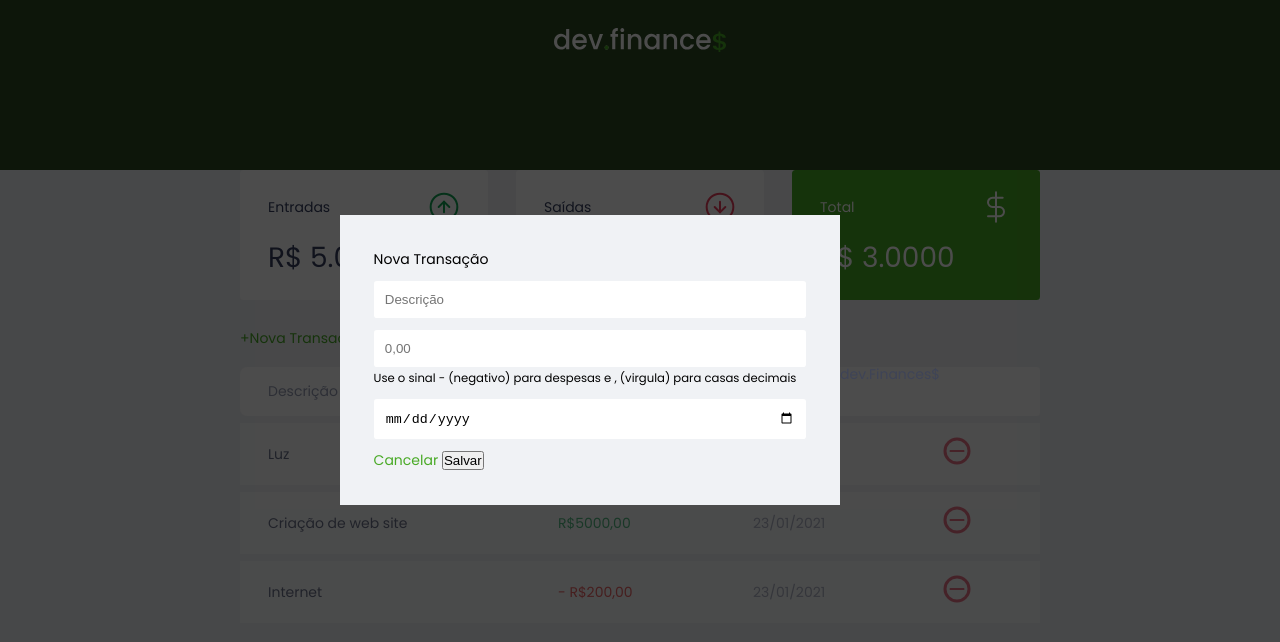
Repository: rafaelmgr12/maratona-dev01
Page: index.html
These files come from the project's save history. The page is drawn as it stood at one moment and after the next save; the edit follows.
The browser window is 1280 px wide. The pictures show the whole page.

Above is the page before, as saved 2021-04-28 13:20:35.

### index.html
<!DOCTYPE html>
<html lang="pt-br">
  <head>
    <meta charset="UTF-8" />
    <meta http-equiv="X-UA-Compatible" content="IE=edge" />
    <meta name="viewport" content="width=device-width, initial-scale=1.0" />
    <title>Rafael-app.finance$</title>
    <link rel="stylesheet" href="style.css" />
    <link rel="preconnect" href="https://fonts.gstatic.com" />
    <link
      href="https://fonts.googleapis.com/css2?family=Poppins:ital,wght@0,100;0,400;0,700;1,100;1,400;1,700&display=swap"
      rel="stylesheet"
    />
  </head>
  <body>
    <header>
      <img src="./assets/logo.svg" alt="Logo dev.Finance" />
    </header>
    <main class="container">
      <section id="balance">
        <h2 class="sr-only">Balanço</h2>

        <div class="card">
          <h3>
            <span>Entradas </span>
            <img src="./assets/income.svg" alt="Imagem de entradas" />
          </h3>
          <p>R$ 5.000,0</p>
        </div>
        <div class="card">
          <h3>
            <span>Saídas</span>
            <img src="./assets/expense.svg" alt="Image de saídas" />
          </h3>
          <p>R$ 2.000,00</p>
        </div>
        <div class="card total">
          <h3>
            <span>Total</span>
            <img src="./assets/total.svg" alt="Image de total" />
          </h3>
          <p>R$ 3.0000</p>
        </div>
      </section>
      <section id="transaction">
        <h2 class="sr-only">Transações</h2>

        <a href="#" class="button new">+Nova Transação</a>

        <table id="data-table">
          <thead>
            <tr>
              <th>Descrição</th>
              <th>Valor</th>
              <th>Data</th>
              <th></th>
            </tr>
          </thead>
          <tbody>
            <tr>
              <td class="description">Luz</td>
              <td class="expense">- R$500,00</td>
              <td class="date">23/01/2021</td>
              <td><img src="./assets/minus.svg" alt="Retirar Transação" /></td>
            </tr>
            <tr>
              <td class="description">Criação de web site</td>
              <td class="income">R$5000,00</td>
              <td class="date">23/01/2021</td>
              <td><img src="./assets/minus.svg" alt="Retirar Transação" /></td>
            </tr>
            <tr>
              <td class="description">Internet</td>
              <td class="expense">- R$200,00</td>
              <td class="date">23/01/2021</td>
              <td><img src="./assets/minus.svg" alt="Retirar Transação" /></td>
            </tr>
          </tbody>
        </table>
      </section>
    </main>
    <div class="modal-overlay active">
      <div class="modal">
        Nova Transação
        <form action="">
          <div class="input-group">
            <label class="sr-only" for="description"> Descrição </label>
            <input
              type="text"
              id="description"
              name="description"
              placeholder="Descrição"
            />
          </div>
          <div class="input-group">
            <label class="sr-only" for="amount"> Valor </label>
            <input
              type="number"
              step="0.01"
              id="amount"
              name="amount"
              placeholder="0,00"
            />
            <small class="help">
              Use o sinal - (negativo) para despesas e , (virgula) para casas
              decimais
            </small>
            <div class="input-group">
              <label class="sr-only" for="date"> Data </label>
              <input
                type="date"
                step="0.01"
                id="date"
                name="date"
              />
          </div>
          <div class="input-group actions">
            <a href="#" class="button cancel"> Cancelar</a>
            <button>Salvar</button>
          </div>
        </form>
      </div>
    </div>
    <footer>dev.Finances$</footer>
  </body>
</html>

### style.css
/* Global ======================================== */
:root {
  --dark-blue: #363f5f;
}
* {
  margin: 0;
  padding: 0;
  box-sizing: border-box;
}

html {
  font-size: 93.75%; /* 15px */
}

body {
  background: #f0f2f5;
  font-family: "Poppins", sans-serif;
}
/*Tricks para sumir elementos da tela, mantendo a funcionalidade de um screenreader*/
.sr-only {
  position: absolute;
  width: 1px;
  height: 1px;
  padding: 0;
  margin: -1px;
  overflow: hidden;
  clip: rect(0, 0, 0, 0);
  white-space: nowrap;
  border-width: 0;
}
.container {
  width: min(90vw, 800px);
  margin: auto;
}
/* Titles ======================================== */
h2 {
  margin-top: 3.2rem;
  margin-bottom: 0.8rem;
  color: var(--dark-blue);

  font-weight: normal;
}
/* Links and Buttons ======================================== */
a {
  color: #49aa26;
  text-decoration: none;
}

a:hover {
  color: #3dd705;
}

.button.new {
  display: inline-block;
  margin-bottom: 0.8rem;
}

/* Header ======================================== */
header {
  background: #2d4a22;
  padding: 2rem 0 8rem;
  text-align: center;
}

#logo {
  color: #fff;
  font-weight: 100;
}

/* Balance ======================================== */
balance {
  margin-top: -8rem;
}

balance h2 {
  color: white;
  margin-top: 0;
}

/* Cards ======================================== */

.card {
  background: white;
  padding: 1.5rem 2rem;
  border-radius: 0.25rem;

  margin-bottom: 2rem;

  color: var(--dark-blue);
}

.card h3 {
  font-weight: normal;
  font-size: 1rem;
  display: flex;
  align-items: center;
  justify-content: space-between;
}

.card p {
  font-size: 2rem;
  line-height: 3rem;

  margin-top: 1rem;
}

.card.total {
  background: #49aa26;
  color: white;
}
/* Table  ======================================== */
#transaction {
  display: block;
  width: 100%;
  overflow-x: auto;
}
#data-table {
  width: 100%;
  border-spacing: 0 0.5rem;
  color: #969cb3;

  overflow-x: auto; /*Para lidar com transbordamento do container*/
}
table thead tr th:first-child,
table thead tr td:first-child {
  border-radius: 0.5rem 0 0 0.5rem;
}

table thead tr th:last-child,
table thead tr td:last-child {
  border-radius: 0 0.25rem 0.25rem 0;
}

table thead th {
  background: white;

  font-weight: normal;
  padding: 1rem 2rem;
  text-align: left;
}
table tbody tr {
  opacity: 0.7;
}
table tr:hover {
  opacity: 1;
}
table tbody td {
  background: white;
  padding: 1rem 2rem;
}

td.description {
  color: var(--dark-blue);
}

td.income {
  color: #12a454;
}
td.expense {
  color: #e92929;
}
/* Modal ======================================== */
.modal-overlay {
  width: 100%;
  height: 100%;

  background-color: rgb(0, 0, 0, 0.7);
  position: fixed;
  top: 0;

  display: flex;
  align-items: center;
  justify-content: center;

  opacity: 0;
  visibility: hidden;
}
.modal-overlay.active {
  opacity: 1;
  visibility: visible;
}
.modal {
  background: #f0f2f5;
  padding: 2.4rem;
  position: relative;
  width: 70%;
  max-width: 500px;
}
/* Form ======================================== */

#form {
  max-width: 500px;
}
#form h2 {
  margin-top: 0;
}

input {
  border: none;
  border-radius : 0.2rem;
  padding : 0.8rem;

  width: 100%;
}
.input-group{
  margin-top: 0.8rem;

}


/* footer ======================================== */
footer {
  text-align: center;
  padding: 4rem 0 2rem;
  color: var(--dark-blue);

  opacity: 0.6;
}
/* Responsive ======================================== */

@media (min-width: 800px) {
  html {
    font-size: 87.5%;
  }
  #balance {
    display: grid;
    grid-template-columns: repeat(3, 1fr);
    gap: 2rem;
  }
}

After the next save:
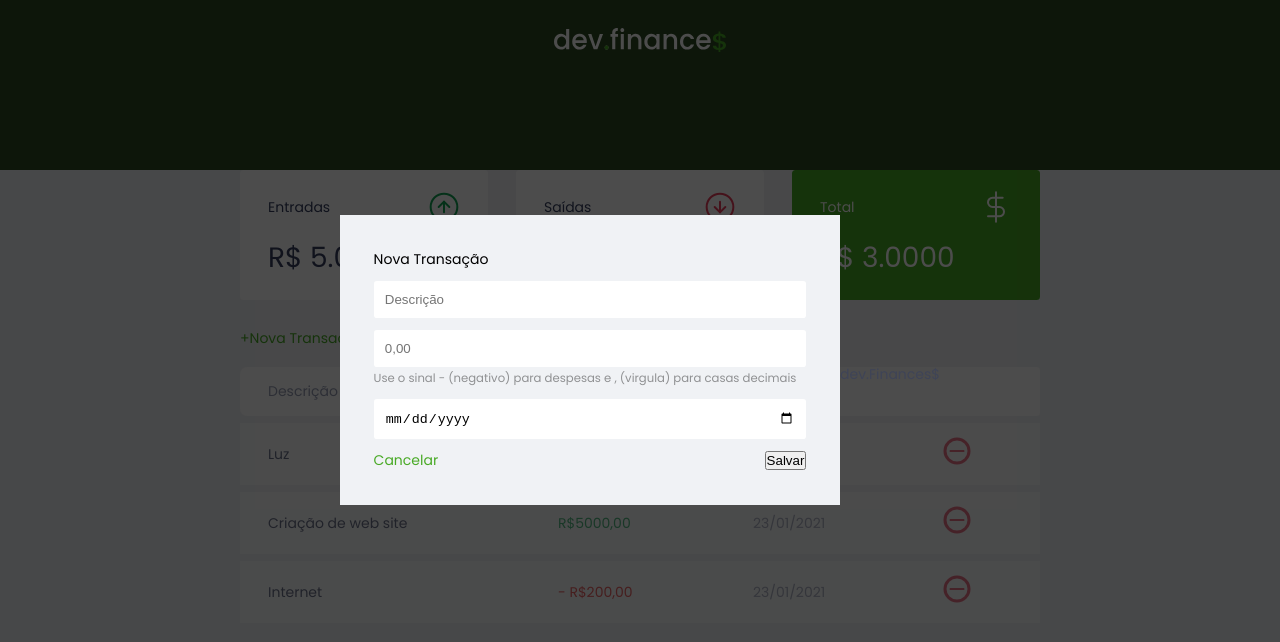
Saved 54 s later.
--- a/style.css
+++ b/style.css
@@ -197,16 +197,22 @@ td.expense {
 
 input {
   border: none;
-  border-radius : 0.2rem;
-  padding : 0.8rem;
-
-  width: 100%;
-}
-.input-group{
+  border-radius: 0.2rem;
+  padding: 0.8rem;
+
+  width: 100%;
+}
+.input-group {
   margin-top: 0.8rem;
-
-}
-
+}
+.input-group small {
+  opacity: 0.4;
+}
+.input-group.actions {
+  display: flex;
+  justify-content: space-between;
+  align-items: center;
+}
 
 /* footer ======================================== */
 footer {
